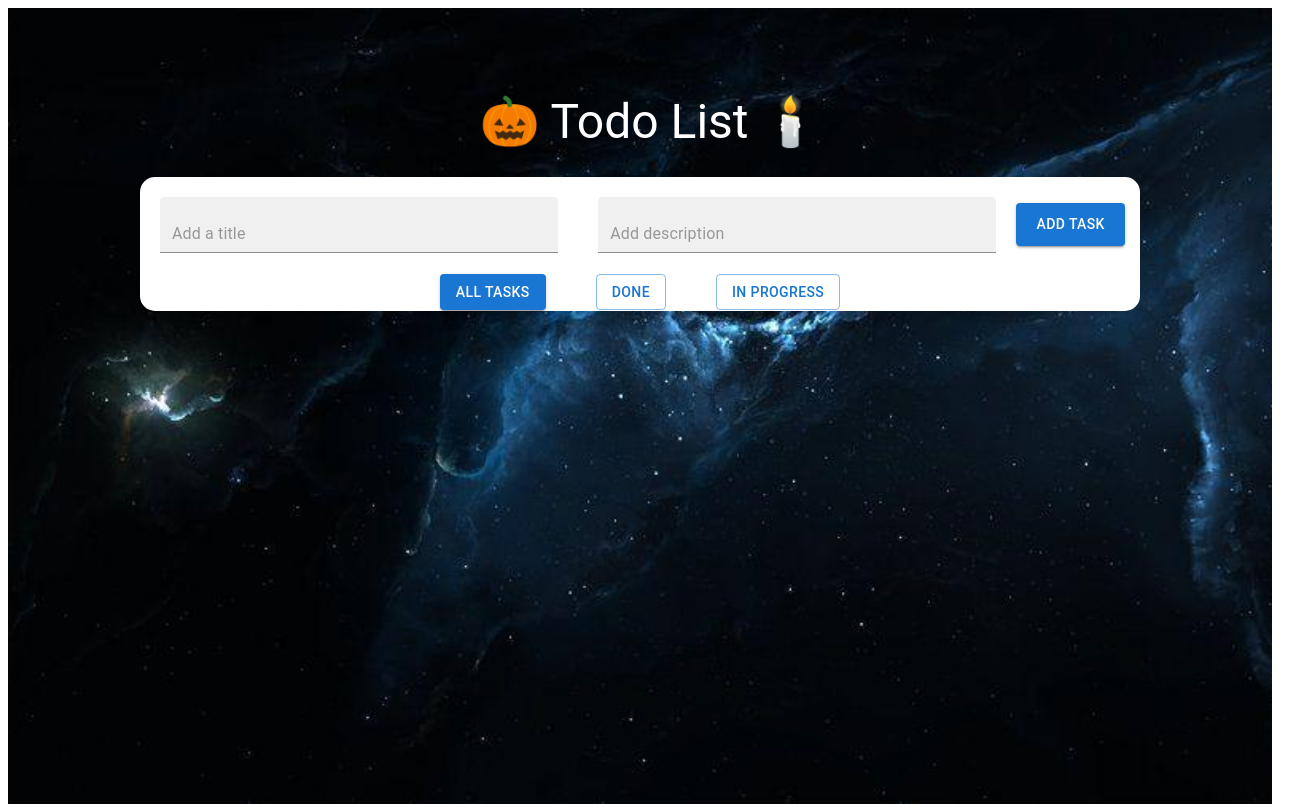
Repository: Tracy-maker/TodoList
Page: /
The author's editor kept a copy of each file at every save. The page is drawn from the files as they stood at one save, then again after a run of saves.
The browser window is 1280 px wide. The page is 1292 px wide, so the pictures cover 1292 px, including what lies to the right of the window. The pictures show the whole page.
The project was rebuilt for these pictures with package versions that can differ from the ones it lists, and the page was loaded fresh each time. Also part of the build but not shown: src/components/TaskEdit.js, src/components/TaskShow.js.

Above is the page before, as saved 2023-09-21 07:36:00.

After the next 2 saves:
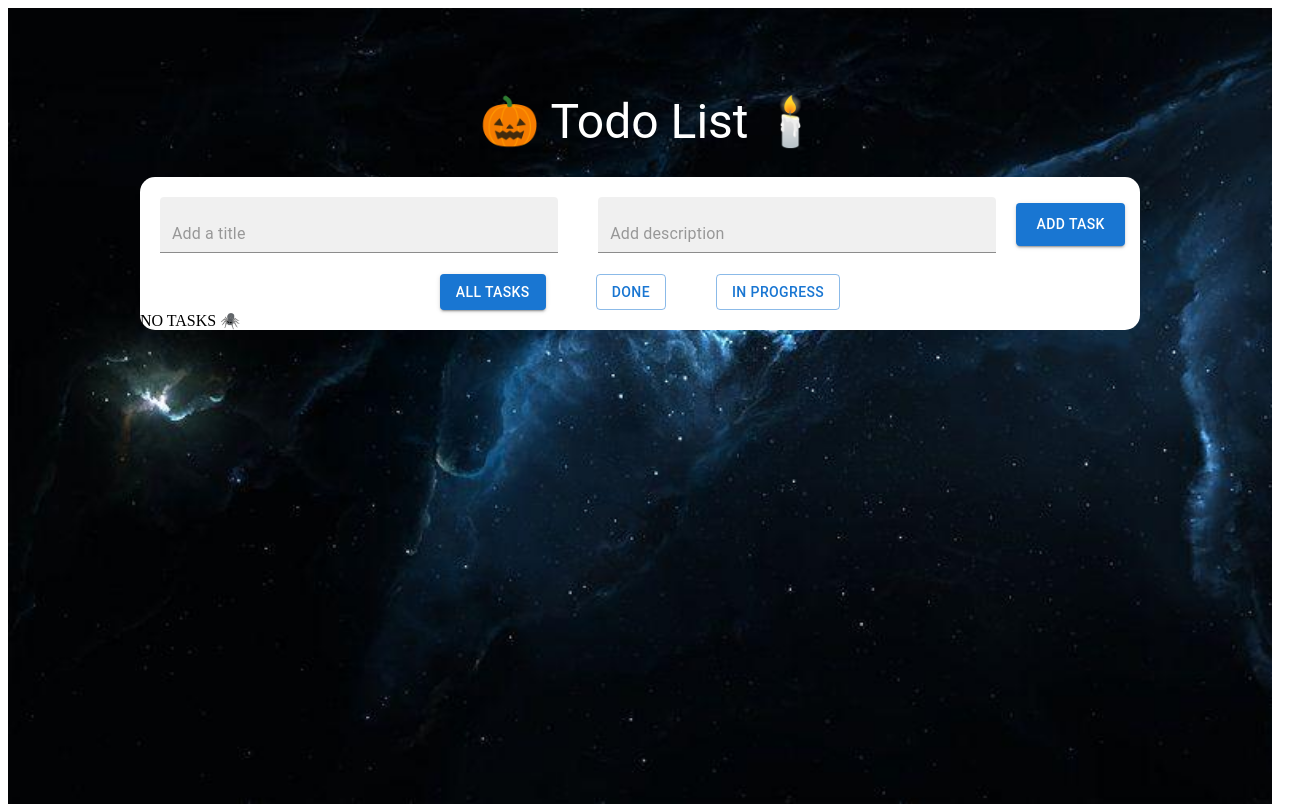
The 2 saves are shown as one change because 1 did not build or start.
The last was saved 22 min 20 s later.
--- a/src/components/TaskList.js
+++ b/src/components/TaskList.js
@@ -2,8 +2,10 @@ import React from "react";
 import TaskShow from "./TaskShow";
 
 function TaskList(props) {
+
   const renderedTasksList = props.tasks.map((task) => {
     return (
+
       <TaskShow
         key={task.id}
         task={task}
@@ -13,8 +15,8 @@ function TaskList(props) {
       />
     );
   });
-  console.log(props.tasks);
-  return <>{renderedTasksList}</>;
+
+  return <>{props.tasks.length===0&&"NO TASKS 🕷️"}{renderedTasksList}</>;
 }
 
 export default TaskList;
